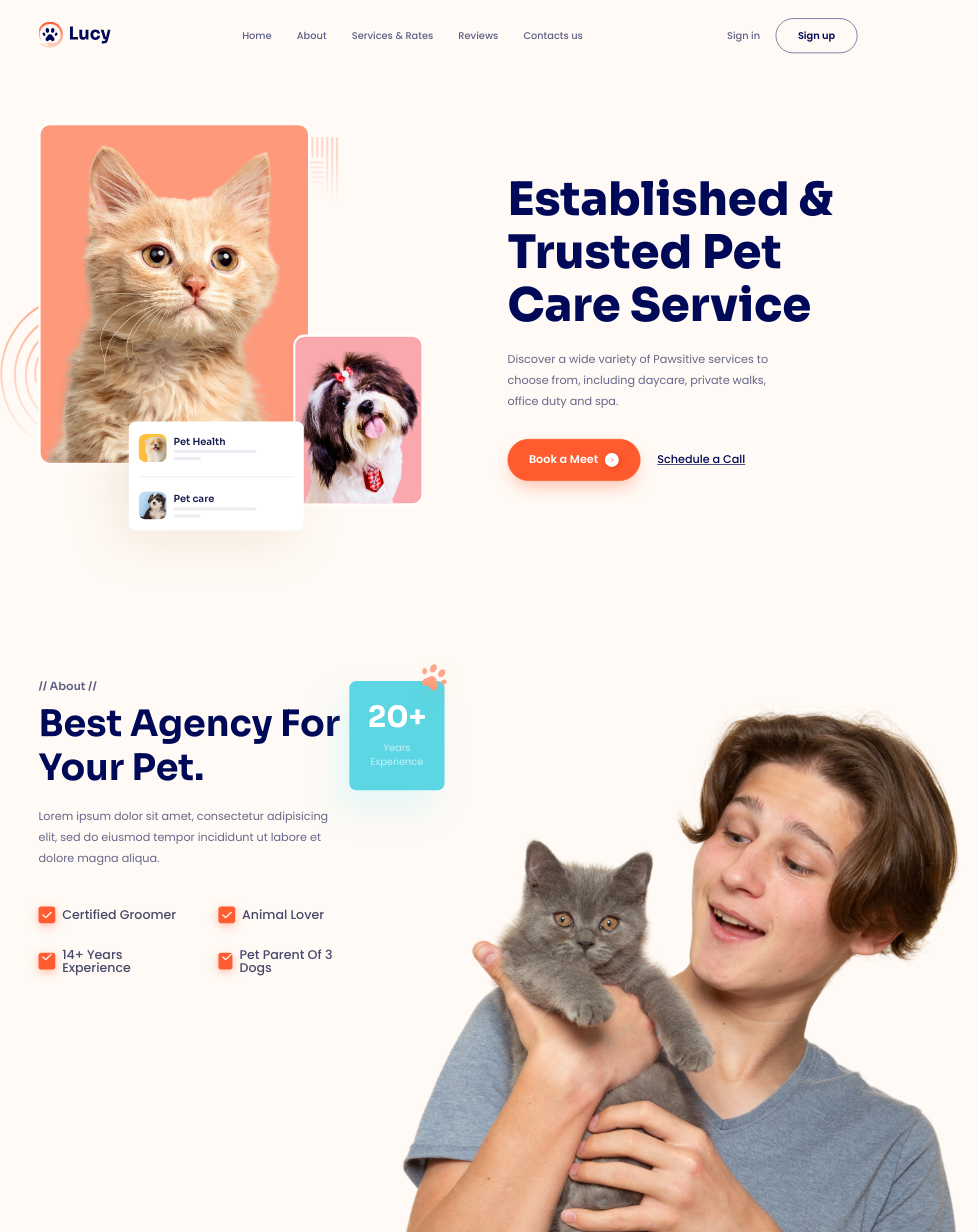
Repository: empty24062002/f8-project-05
Page: index.html
The author's editor kept a copy of each file at every save. The page is drawn from the files as they stood at one save, then again after the next save.
The browser window is 1280 px wide. The page is 1399 px wide, so the pictures cover 1399 px, including what lies to the right of the window. The pictures show the part of the page from y = 0 to 1760 px (the page is 10965 px tall), at 70% of full size.

Above is the page before, as saved 2023-09-11 10:17:32.

After the next save:
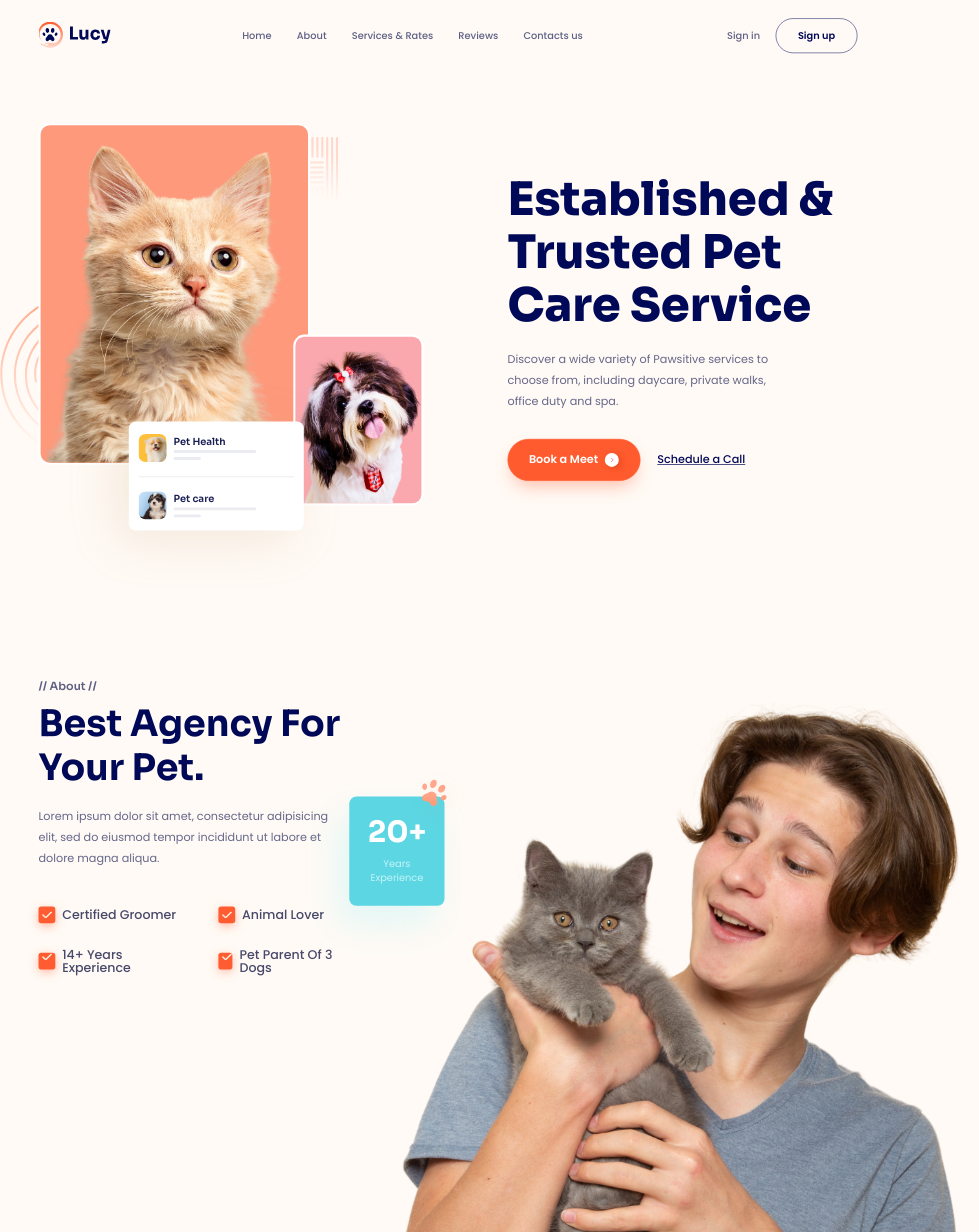
Saved 67 s later.
--- a/assets/css/styles.css
+++ b/assets/css/styles.css
@@ -362,6 +362,8 @@ a {
 .about__card {
     position: absolute;
     width: 136px;
+    top: 165px;
+    left: 0;
     padding: 30px 26px;
     text-align: center;
     border-radius: 10px;
@@ -390,3 +392,7 @@ a {
     top: -40px;
     right: -32px;
 }
+
+.about__img-wrap {
+    width: 494px;
+}
